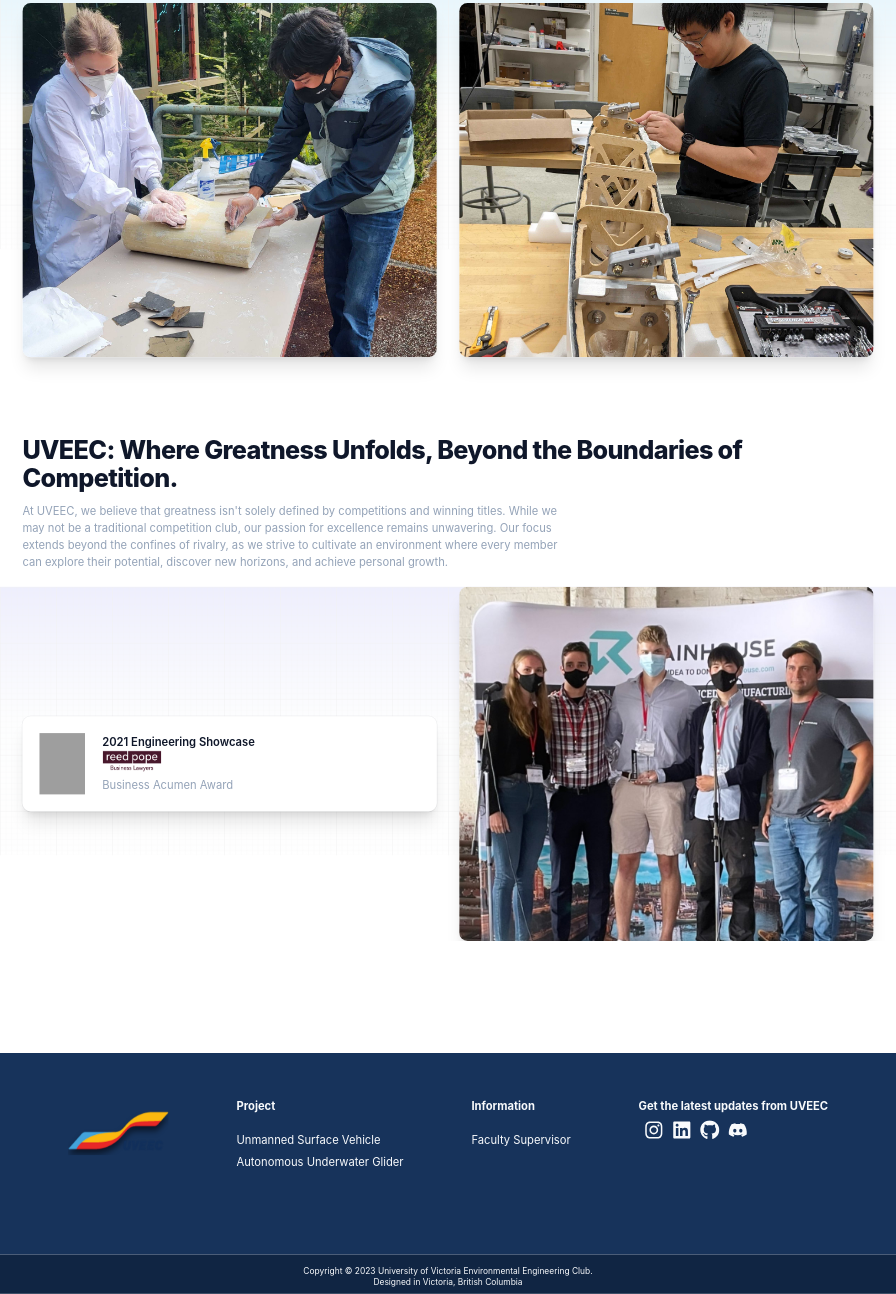
Repository: markaxelus/uveec-website
Page: /
These files come from the project's save history. The page is drawn as it stood at one moment and after the next save; the edit follows.
The browser window is 1280 px wide. The pictures show the part of the page from y = 1216 to 3136 px (the page is 3064 px tall before and 3136 px after), at 70% of full size.
Pictures or frames that could not be fetched are drawn as grey boxes. The project was rebuilt for these pictures with package versions that can differ from the ones it lists, and the page was loaded fresh each time. The framework's server and built-in components were replaced by stand-ins that run in the browser. Also part of the build but not shown: next.config.js, src/components/molecules/ProfileCard.tsx.

Above is the page before, as saved 2024-06-08 23:33:14.

### pages/index.tsx
import Head from "next/head";
import Link from "next/link";
import Image from "next/image";
import type { NextPage } from "next";
import {
  HeroBanner,
  SponsorMarquee,
} from "../src/components/molecules";
import { BaseLayout } from "../src/Layout/BaseLayout";
import { FaAngleRight } from "react-icons/fa";

const Home: NextPage = () => {
  return (
    <div>
      <Head>
        <title>University of Victoria Environmental Engineering Club</title>
        <link rel="canonical" href="https://uveec.ca" key="canonical" />
        <meta
          name="description"
          content="Our organization's primary purpose is to create out of the box
          engineering solutions to everyday environmental problems in the local
          Capital Regional District of Victoria, British Columbia."
        />
        <meta name="viewport" content="width=device-width, initial-scale=1.0" />
        <meta
          name="keywords"
          content="UVEEC, UVic Environmental Engineering, Environmental Engineering, Environment, Engineering, University of Victoria, Victoria"
        />
        <meta
          property="og:title"
          content="University of Victoria Environmental Engineering Club"
        />
        <meta property="og:url" content="https://uveec.ca" />
        <meta property="og:type" content="website" />
        <link rel="icon" href="/favicon.ico" />
      </Head>
      <BaseLayout>
        <HeroBanner />
        <SponsorMarquee />
        <main>
          <div className="pt-20 mb-20 space-y-20 overflow-hidden sm:pt-32 sm:mb-32 sm:space-y-32 md:pt-40 md:mb-40 md:space-y-20">

            <section id="team">
              <div className="max-w-7xl mx-auto px-4 sm:px-6 md:px-8">
                <p className="mt-4 text-3xl sm:text-4xl text-slate-900 font-extrabold tracking-tight dark:text-slate-50">
                  One of our club&apos;s main goals is to give student hands-on
                  engineering experience outside of their regular class work.
                </p>
                <p className="mt-4 max-w-3xl text-slate-400 space-y-6 ">
                  The flexible nature of our club allows us to focus on one
                  small-scale project of varying scope (6-36 months per
                  project). Our team works to innovate and develop
                  proof-of-concept solutions that can foster innovative
                  solutions to environmental problems.
                </p>
                <Link href="/about" passHref>
                  <a className="group inline-flex items-center h-9 rounded-full text-sm font-semibold whitespace-nowrap px-3 focus:outline-none focus:ring-2 bg-sky-50 text-sky-600 hover:bg-sky-200 hover:text-sky-700 focus:ring-sky-500 dark:bg-slate-700 dark:text-slate-100 dark:hover:bg-slate-600 dark:hover:text-white dark:focus:ring-slate-500 mt-8 md:mb-10">
                    Learn More
                    <FaAngleRight className="overflow-visible ml-3 text-sky-300 group-hover:text-sky-400" />
                  </a>
                </Link>
              </div>
              <div className="relative pt-10 xl:pt-0 mt-10 xl:mt-2">
                <div className="absolute h-96 w-full bg-gradient-to-b from-sky-500 via-slate-100 to-white opacity-10 dark:to-slate-900">
                  <svg
                    width="100%"
                    height="100%"
                    xmlns="http://www.w3.org/2000/svg"
                  >
                    <defs>
                      <pattern
                        id="smallGrid"
                        width="8"
                        height="8"
                        patternUnits="userSpaceOnUse"
                      >
                        <path
                          d="M 8 0 L 0 0 0 8"
                          fill="none"
                          stroke="gray"
                          strokeWidth="0.5"
                        />
                      </pattern>
                      <pattern
                        id="grid"
                        width="80"
                        height="80"
                        patternUnits="userSpaceOnUse"
                      >
                        <rect width="80" height="80" fill="url(#smallGrid)" />
                        <path
                          d="M 80 0 L 0 0 0 80"
                          fill="none"
                          stroke="gray"
                          strokeWidth="1"
                        />
                      </pattern>
                    </defs>

                    <rect width="100%" height="100%" fill="url(#grid)" />
                  </svg>
                </div>
                <div className="max-w-7xl mx-auto px-4 py-8 sm:px-6 md:px-8 lg:grid lg:grid-cols-12 lg:gap-8">
                  {/*<div className="lg:col-span-5 xl:col-span-6 flex flex-col">
                    <div className="relative z-10 bg-white ring-1 ring-slate-900/5 rounded-lg shadow-xl px-6 py-5 my-auto xl:mt-18 dark:bg-slate-800">
                      <div className="absolute inset-x-0 inset-y-5 border-t border-b border-slate-100 pointer-events-none dark:border-slate-700" />
                      <div className="absolute inset-x-6 inset-y-0 border-l border-r border-slate-100 pointer-events-none dark:border-slate-700" />
                      <div className="bg-slate-50 overflow-hidden py-6 sm:py-9 lg:py-6 xl:py-9 px-6 dark:bg-slate-900/50">
                        <div className="relative h-96">
                          <Image
                            layout="fill"
                            src="/images/manufacturing2.jpg"
                            className="object-cover"
                            alt={""}
                            decoding="async"
                            priority
                          />
                        </div>
                      </div>
                    </div>
                  </div>*/}
                  <div className="mt-4 -mx-4 sm:mx-0 lg:mt-0 lg:col-span-7 xl:col-span-6">
                    <div className="relative overflow-hidden shadow-xl flex h-[31.625rem] max-h-[60vh] sm:max-h-[none] sm:rounded-xl lg:h-[34.6875rem] xl:h-[31.625rem]">
                      <Image
                        layout="fill"
                        src="/images/manufacturing2.jpg"
                        className="object-cover"
                        alt={""}
                        decoding="async"
                        priority
                      />
                    </div>
                  </div>
                  <div className="mt-4 -mx-4 sm:mx-0 lg:mt-0 lg:col-span-7 xl:col-span-6">
                    <div className="relative overflow-hidden shadow-xl flex h-[31.625rem] max-h-[60vh] sm:max-h-[none] sm:rounded-xl lg:h-[34.6875rem] xl:h-[31.625rem]">
                      <Image
                        layout="fill"
                        src="/images/manufacturing1.jpg"
                        className="object-cover"
                        alt={""}
                        decoding="async"
                        priority
                      />
                    </div>
                  </div>
                </div>
              </div>
            </section>

            <section id="awards">
              <div className="max-w-7xl mx-auto px-4 sm:px-6 md:px-8">
                <p className="mt-4 text-3xl sm:text-4xl text-slate-900 font-extrabold tracking-tight dark:text-slate-50">
                  UVEEC: Where Greatness Unfolds, Beyond the Boundaries of Competition.
                </p>
                <p className="mt-4 pb-4 max-w-3xl text-slate-400 space-y-6 ">
                  At UVEEC, we believe that greatness isn&apos;t solely defined by competitions and winning titles. While we may not be a traditional competition club, our passion for excellence remains unwavering. Our focus extends beyond the confines of rivalry, as we strive to cultivate an environment where every member can explore their potential, discover new horizons, and achieve personal growth.
                </p>
              </div>
              <div className="relative pt-10 xl:pt-0 mt-20 xl:mt-2">
                <div className="absolute h-96 w-full bg-gradient-to-b via-slate-100 from-indigo-500 to-white opacity-10 dark:to-slate-900">
                  <svg
                    width="100%"
                    height="100%"
                    xmlns="http://www.w3.org/2000/svg"
                  >
                    <defs>
                      <pattern
                        id="smallGrid"
                        width="8"
                        height="8"
                        patternUnits="userSpaceOnUse"
                      >
                        <path
                          d="M 8 0 L 0 0 0 8"
                          fill="none"
                          stroke="gray"
                          strokeWidth="0.5"
                        />
                      </pattern>
                      <pattern
                        id="grid"
                        width="80"
                        height="80"
                        patternUnits="userSpaceOnUse"
                      >
                        <rect width="80" height="80" fill="url(#smallGrid)" />
                        <path
                          d="M 80 0 L 0 0 0 80"
                          fill="none"
                          stroke="gray"
                          strokeWidth="1"
                        />
                      </pattern>
                    </defs>

                    <rect width="100%" height="100%" fill="url(#grid)" />
                  </svg>
                </div>
                <div className="max-w-7xl mx-auto px-4 sm:px-6 md:px-8 lg:grid lg:grid-cols-12 lg:gap-8">
                  <div className="lg:col-span-5 xl:col-span-6 flex flex-col">
                    <div className="relative z-10 bg-white rounded-xl shadow-xl ring-1 ring-slate-900/5 divide-y divide-slate-100 my-auto xl:mt-18 dark:bg-slate-800 dark:divide-slate-200/5 dark:highlight-white/10">
                      <div className="p-4 sm:p-6 lg:p-4 xl:p-6 space-x-4 items-start sm:space-x-6 lg:space-x-4 xl:space-x-6 flex">
                        <Image
                          src="/images/award.png"
                          height={88}
                          width={66}
                          alt={""}
                          decoding="async"
                          priority
                        />
                        <div className="min-w-0 relative flex-auto">
                          <h2 className="font-semibold text-slate-900 truncate sm:pr-20 dark:text-slate-100">
                            2021 Engineering Showcase
                          </h2>
                          <div className="dark:hidden">
                            <Image
                              height={32}
                              width={85}
                              src="/images/reedpope.png"
                              alt={""}
                              decoding="async"
                              priority
                            />
                          </div>
                          <div className="hidden dark:flex">
                            <Image
                              height={32}
                              width={85}
                              src="/images/reedpope-dark.png"
                              alt={""}
                              decoding="async"
                              priority
                            />
                          </div>
                          <p className="text-slate-400 ">
                            Business Acumen Award
                          </p>
                        </div>
                      </div>
                    </div>
                  </div>
                  <div className="mt-4 -mx-4 sm:mx-0 lg:mt-0 lg:col-span-7 xl:col-span-6">
                    <div className="relative overflow-hidden shadow-xl flex h-[31.625rem] max-h-[60vh] sm:max-h-[none] sm:rounded-xl lg:h-[34.6875rem] xl:h-[31.625rem]">
                      <Image
                        layout="fill"
                        src="/images/awarding.jpg"
                        className="object-cover"
                        alt={""}
                        decoding="async"
                        priority
                      />
                    </div>
                  </div>
                </div>
              </div>
            </section>
          </div>
        </main>
      </BaseLayout>
    </div>
  );
};

export default Home;

### styles/globals.css
@tailwind base;
@tailwind components;
@tailwind utilities;

html,
body {
  padding: 0;
  margin: 0;
  font-family: -apple-system, BlinkMacSystemFont, Segoe UI, Roboto, Oxygen,
    Ubuntu, Cantarell, Fira Sans, Droid Sans, Helvetica Neue, sans-serif;
}

a {
  color: inherit;
  text-decoration: none;
}

* {
  box-sizing: border-box;
}

.right-arrow {
  position: absolute;
  top: 50%;
  right: 0px;
  font-size: 3rem;
  color: #000;
  z-index: 10;
  cursor: pointer;
  user-select: none;
}

.left-arrow {
  position: absolute;
  top: 50%;
  left: 0px;
  font-size: 3rem;
  color: #000;
  z-index: 10;
  cursor: pointer;
  user-select: none;
}

.slide {
  opacity: 0;
  transition-duration: 1s ease;
}

.slide.active {
  opacity: 1;
  transition-duration: 1s;
  transform: scale(1.08);
}

@media (prefers-color-scheme: dark) {
  html {
    color-scheme: dark;
  }
  body {
    color: #f8fafc;
    background: #0f172a;
  }
}

### src/components/molecules/index.tsx
export { NavBar } from "./NavBar";
export { SponsorMarquee } from "./SponsorMarquee";
export { HeroBanner } from "./HeroBanner";
export { Menu } from "./Menu";
export { ProfileCard } from "./ProfileCard";

### src/Layout/BaseLayout.tsx
import React, { PropsWithChildren } from "react";
import { Footer, Header } from "../components/organisms";

interface BaseLayoutProps {}

export const BaseLayout = ({
  children,
}: PropsWithChildren<BaseLayoutProps>) => {
  return (
    <div>
      <Header />
      {children}
      <Footer />
    </div>
  );
};

### src/components/molecules/NavBar.tsx
import React from "react";
import { NavLink } from "../atoms";

export const NavBar = () => {
  return (
    <div className="z-50 flex flex-row items-center space-x-4">
      <NavLink name="Home" link="/" />
      <NavLink name="About" link="/about" />
      <NavLink name="Projects" link="/projects" />
      <NavLink name="Sponsors" link="/sponsors" />
      <NavLink name="Contact" link="/contact" />
    </div>
  );
};

### src/components/molecules/SponsorMarquee.tsx
import Marquee from "react-fast-marquee";
import { Logo } from "../atoms";
import { SponsorMap } from "../../constants";

export const SponsorMarquee = () => {
  return (
    <Marquee direction="right" speed={80} gradient={false}>
      <div className="flex flex-row items-center justify-evenly space-x-24 space-y-4 mr-24">
        {SponsorMap.map((card, i) => (
          <div
            key={i}
          >
            <Logo
              src={card.img}
              className="h-12 w-56 dark:hidden"
              classNameImage="object-contain"
            />
          </div>
        ))}
      </div>
    </Marquee>
  );
};

### src/components/molecules/HeroBanner.tsx
import Image from "next/image";
import Link from "next/link";
import {
  FaInstagram,
  FaLinkedin,
  FaGithub,
  FaDiscord,
  FaAngleRight,
} from "react-icons/fa";

export const HeroBanner = () => {
  return (
    <div className="flex flex-col relative items-center h-[500px] md:h-[600px] w-full">
      <div className="relative h-full w-full">
        <Image
          layout="fill"
          src="/images/hero2.jpg"
          className="object-cover"
          alt={""}
          decoding="async"
          priority
        />
        <div className="bg-black h-full w-full opacity-60" />
      </div>
      <div className="absolute top-14 md:top-24 w-full md:w-[800px]">
        <h1 className="text-slate-50 font-extrabold text-4xl sm:text-5xl lg:text-6xl tracking-tight text-center mb-3">
          Preserving the environment one project at a time
        </h1>
        <p className="mt-6 text-lg text-slate-50 text-center max-w-3xl mx-auto mb-5">
          Our organization&apos;s primary purpose is to create out of the box
          engineering solutions to everyday environmental problems in the local
          Capital Regional District of Victoria, British Columbia.
        </p>
        <div className="flex flex-row justify-evenly">
          <Link href="/projects" passHref>
            <a className=" flex flex-row items-center hover:cursor-pointer">
              <p className="text-orange font-bold">Learn more</p>
              <FaAngleRight className="h-5 w-5 fill-orange" />
            </a>
          </Link>
          <Link href="/contact">
            <a className=" flex flex-row items-center hover:cursor-pointer">
              <p className="text-slate-50">Contact us</p>
              <FaAngleRight className="h-5 w-5 fill-slate-50" />
            </a>
          </Link>
        </div>
      </div>
      <div className="flex flex-row items-center justify-center bg-lightBlue text-slate-50 text-lg h-11 w-full py-2">
        Find us on&nbsp;
        <Link href="https://www.instagram.com/uvicenvironment/?hl=en" passHref>
          <a target="_blank" rel="noopener noreferrer">
            <FaInstagram className="h-6 w-6 fill-slate-50 hover:fill-orange hover:cursor-pointer" />
          </a>
        </Link>
        ,&nbsp;
        <Link
          href="https://www.linkedin.com/company/university-of-victoria-environmental-engineering-club-uveec/"
          passHref
        >
          <a target="_blank" rel="noopener noreferrer">
            <FaLinkedin className="h-6 w-6 fill-slate-50 hover:fill-orange hover:cursor-pointer" />
          </a>
        </Link>
        ,&nbsp;
        <Link
          href="https://github.com/UVic-Environmental-Engineering-Club"
          passHref
        >
          <a target="_blank" rel="noopener noreferrer">
            <FaGithub className="h-6 w-6 fill-slate-50 hover:fill-orange hover:cursor-pointer" />
          </a>
        </Link>
        ,&nbsp;and&nbsp;
        <Link href="https://discord.gg/SF6sRAQEuv" passHref>
          <a target="_blank" rel="noopener noreferrer">
            <FaDiscord className="h-6 w-6 fill-slate-50 hover:fill-orange hover:cursor-pointer" />
          </a>
        </Link>
      </div>
    </div>
  );
};

### src/components/molecules/Menu.tsx
import React, {useState} from "react";
import { NavLink } from "../atoms";

import { BiMenu, BiX } from 'react-icons/bi'

export const Menu = () => {
    const [toggle, setToggle] = useState(false)
  return (
    <div className="fixed left-0 top-0 w-full z-10 ease-in duration-300">
        <div className="w-full max-w-[1240px] m-auto flex justify-between items-center p-4">
            <div onClick={() => setToggle(!toggle)} className="block z-10 text-3xl absolute right-2 top-5 cursor-pointer md:hidden">
            {toggle ? <BiX size={30} className="fill-white"/> : <BiMenu size={30} className="fill-white" /> }
            </div>
                <ul className={`flex flex-col items-center py-8 md:flex md:items-center absolute bg-[#102543] left-0 w-full md:pl-0 transition-all duration-500 ease in ${toggle ? 'top-16' : 'top-[-490px]'}`}>
                    <li className="p-3 text-4xl">
                        <NavLink name="Home" link="/" />
                    </li>
                    <li className="p-3 text-4xl">
                        <NavLink name="About" link="/about" />
                    </li>
                    <li className="p-3 text-4xl">
                        <NavLink name="Projects" link="/projects" />
                    </li>
                    <li className="p-3 text-4xl">
                        <NavLink name="Sponsors" link="/sponsors" />
                    </li>
                    <li className="p-3 text-4xl">
                        <NavLink name="Contact" link="/contact" />
                    </li>
                </ul>
        </div>
    </div>
  );
};

### src/components/atoms/index.tsx
export { NavLink } from "./NavLink";
export { Logo } from "./Logo";

### src/components/organisms/Header.tsx
import Link from "next/link";
import Image from "next/image";
import { NavBar } from "../molecules";
import { Menu } from "../molecules";

export const Header = () => {
  return (
    <div className="sticky top-0 z-50 flex flex-row items-center justify-between h-16 w-full px-4 py-2 shadow-2xl bg-royalBlue">
      <Link href="/" passHref>
        <a className="relative h-10 w-28 hover:cursor-pointer">
          <Image
            layout="fill"
            src="/images/uveec.png"
            alt={""}
            decoding="async"
            priority
          />
        </a>
      </Link>
      <div className="hidden md:block">
        <NavBar />
      </div>
      <div className="md:hidden">
        <Menu />
      </div>
    </div>
  );
};

### src/components/atoms/NavLink.tsx
import classNames from "classnames";
import { useRouter } from "next/router";
import { useMemo } from "react";

interface NavLinkProps {
  link: string;
  name: string;
}

export const NavLink = ({ link, name }: NavLinkProps) => {
  const { asPath } = useRouter();

  const isHighlighted = useMemo(() => {
    if (asPath === "/" && name === "Home") return true;
    return asPath.replace("/", "") === name.replace("/", "").toLowerCase();
  }, [asPath, name]);

  return (
    <a
      href={link}
      className={classNames(
        isHighlighted ? "text-orange" : "text-slate-50",
        "text-lg"
      )}
    >
      {name}
    </a>
  );
};

### src/components/atoms/Logo.tsx
import Image from "next/image";
import classNames from "classnames";

interface BaseLogoProps {
  src: string;
  className?: string;
  classNameImage?: string;
}

// Logo is used for building Marquee.
// className is to style div container of image.
// classNameImage is to style image itself. object-contain is used for SponsorMarquee. object-cover is used for IndexMarquee.

export const Logo = ({ src, className, classNameImage }: BaseLogoProps) => {
  return (
    <div className={classNames(className, "relative")}>
      <Image
        layout="fill"
        src={`${src}`}
        alt={""}
        decoding="async"
        className={classNameImage}
        priority
      />
    </div>
  );
};

Loaded but not shown: pages/_app.tsx (common file); src/components/organisms/index.tsx (common file); tailwind.config.js (18 lines, source omitted); src/constants.ts (282 lines, source omitted); src/components/organisms/Footer.tsx (98 lines, source omitted)

After the next save:
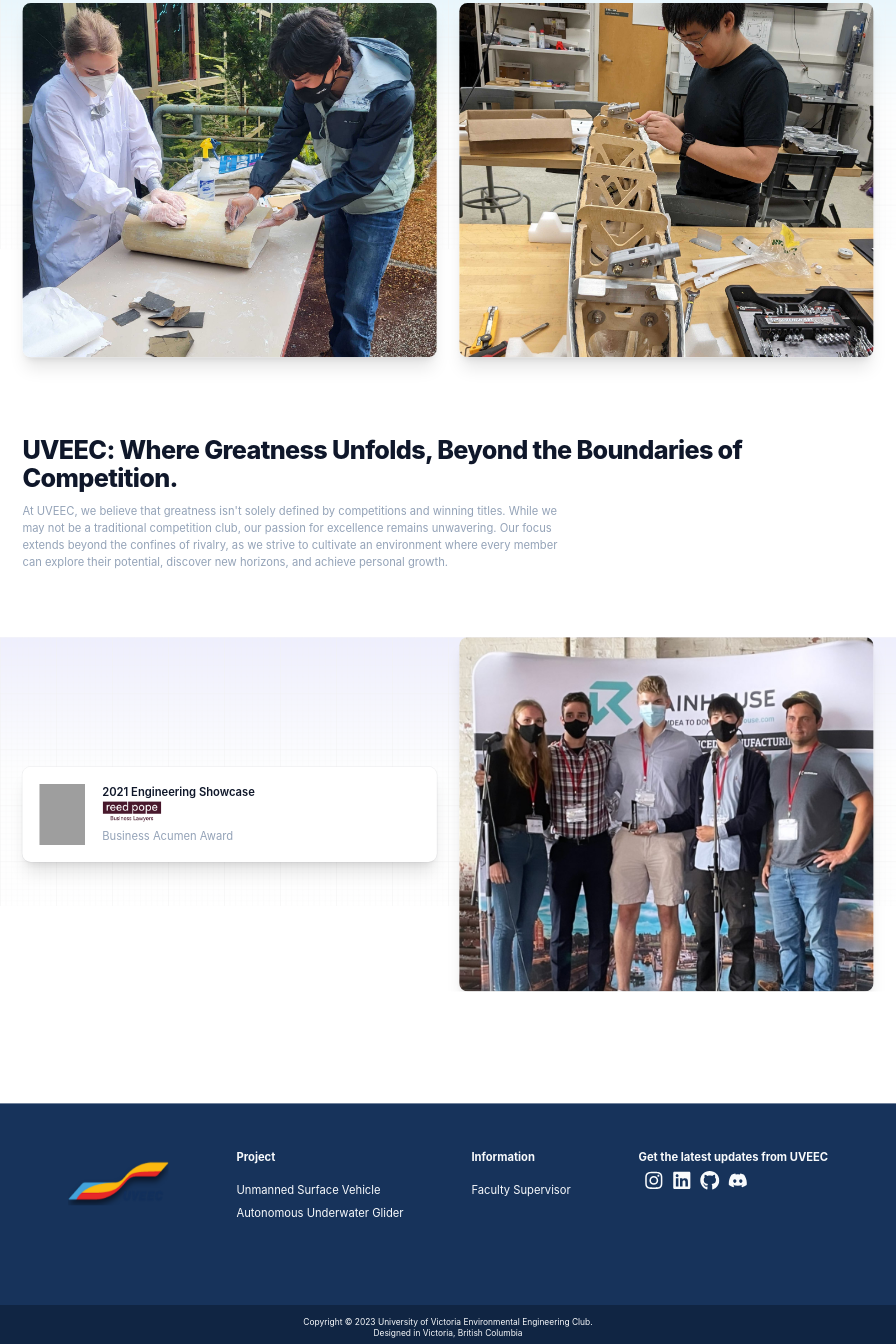
Saved 83 s later.
--- a/pages/index.tsx
+++ b/pages/index.tsx
@@ -156,7 +156,7 @@
                   At UVEEC, we believe that greatness isn&apos;t solely defined by competitions and winning titles. While we may not be a traditional competition club, our passion for excellence remains unwavering. Our focus extends beyond the confines of rivalry, as we strive to cultivate an environment where every member can explore their potential, discover new horizons, and achieve personal growth.
                 </p>
               </div>
-              <div className="relative pt-10 xl:pt-0 mt-20 xl:mt-2">
+              <div className="relative pt-10 xl:pt-0 mt-10 xl:mt-20">
                 <div className="absolute h-96 w-full bg-gradient-to-b via-slate-100 from-indigo-500 to-white opacity-10 dark:to-slate-900">
                   <svg
                     width="100%"
